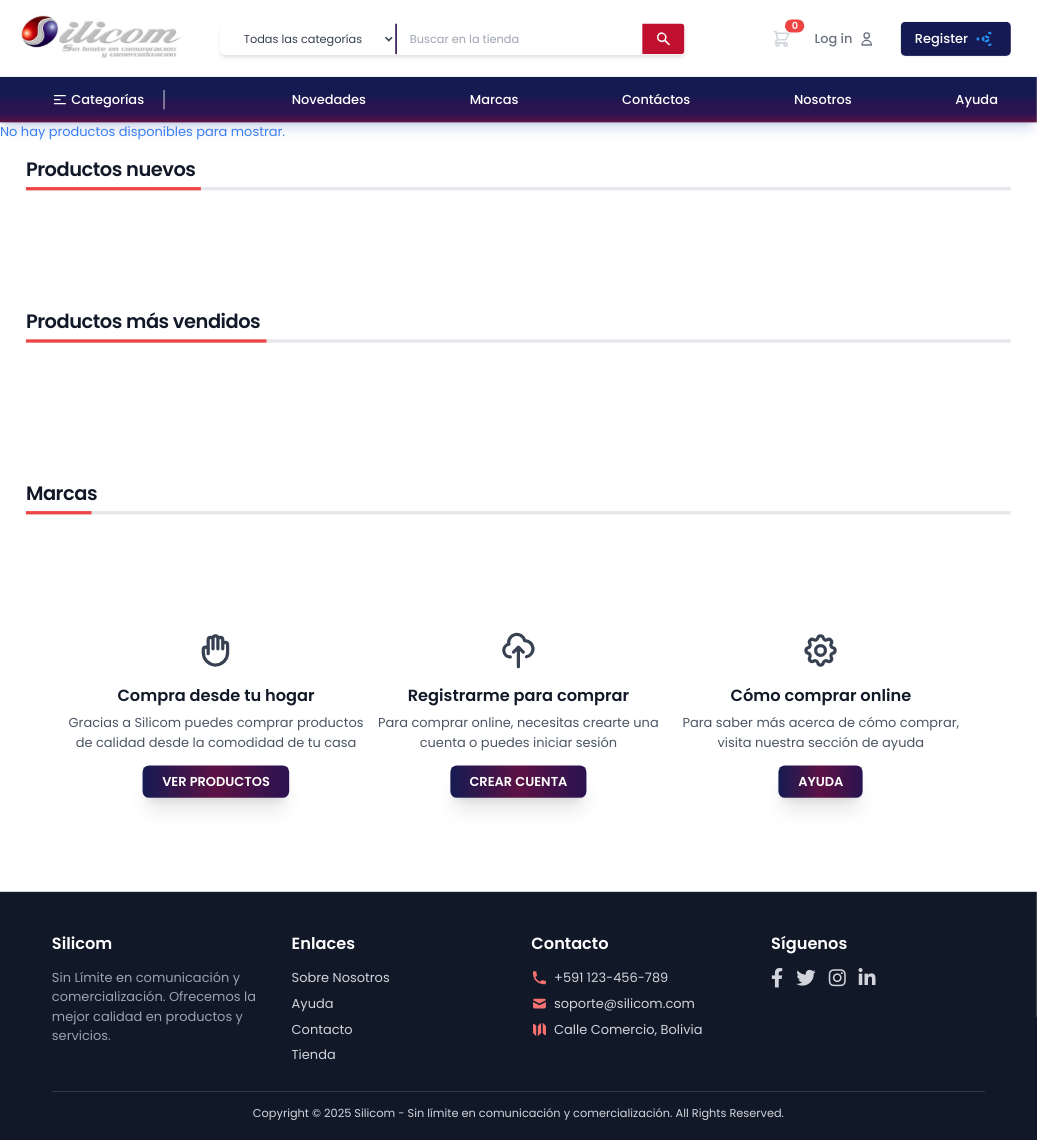
Repository: Francovg18/ecommerce
Page: /
These files come from the project's save history. The page is drawn as it stood at one moment and after the next save; the edit follows.
The browser window is 1280 px wide. The pictures show the whole page, at 81% of full size.
The page's requests for data from a server got no answer. The project was rebuilt for these pictures with package versions that can differ from the ones it lists, and the page was loaded fresh each time. No one was signed in, and anything a server would have sent is missing. Also part of the build but not shown: src/containers/errors/Error404.jsx, src/containers/auth/Signup.js, src/containers/auth/Login.js, src/containers/auth/Activate.js, src/containers/auth/ResetPassword.js, src/containers/auth/ResetPasswordConfirm.js, src/components/product/ProductCard.js, src/helpers/fixedPrices.js and 34 more.

Above is the page before, as saved 2025-01-29 20:49:09.

After the next save:
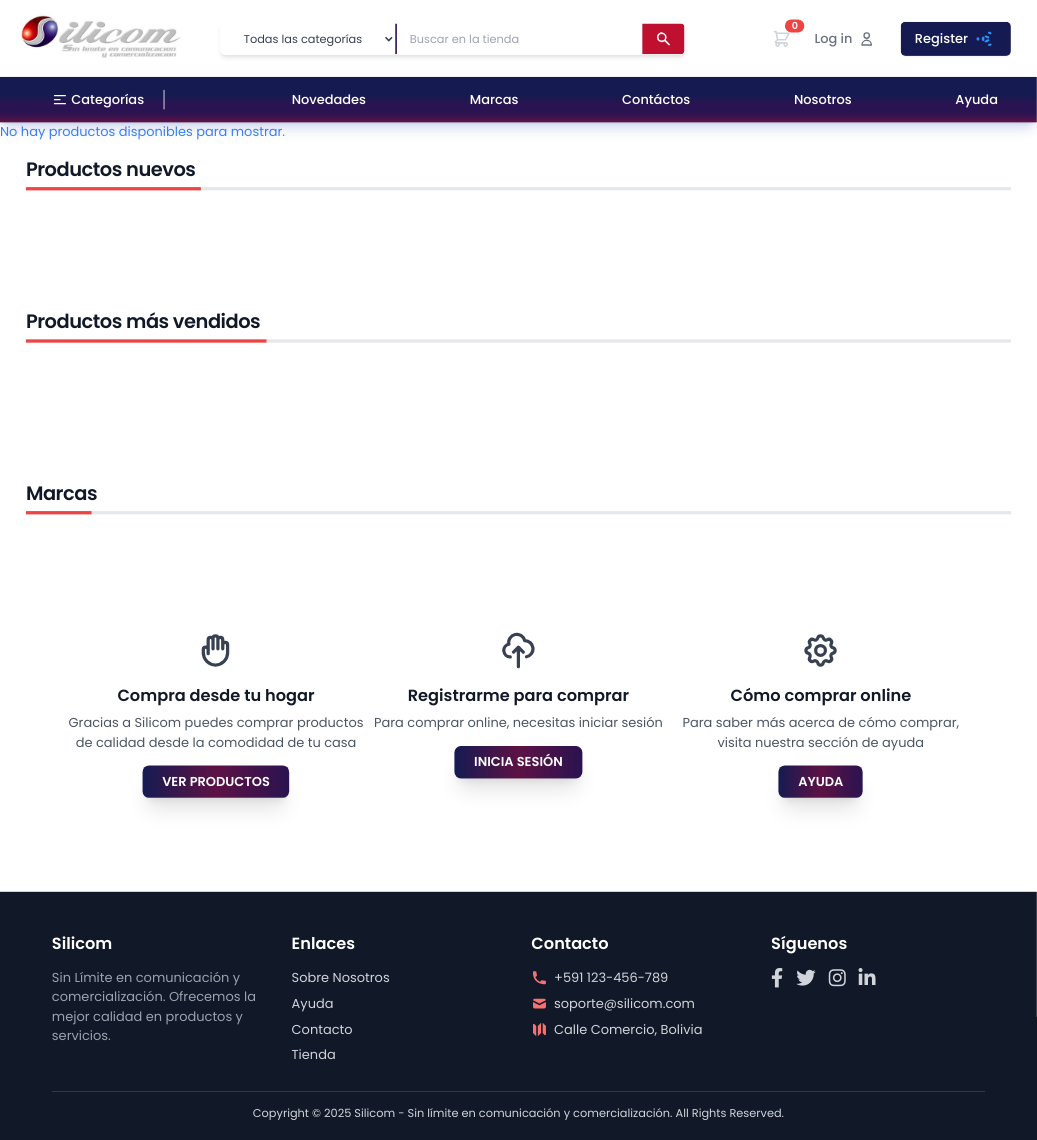
Saved 78 min 57 s later.
--- a/src/components/home/Product.js
+++ b/src/components/home/Product.js
@@ -37,10 +37,10 @@ function Product() {
           Registrarme para comprar
         </h3>
         <p className="text-gray-600 mt-2">
-          Para comprar online, necesitas crearte una cuenta o puedes iniciar sesión
+          Para comprar online, necesitas iniciar sesión
         </p>
         <button className="mt-4 px-6 py-2 border-1 border-transparent bg-gradient-to-r from-midnight-blue via-royal-purple to-purple-night text-white font-semibold rounded-lg shadow-xl hover:scale-105 hover:shadow-2xl hover:border-crimson-red transition-all duration-300 ease-in-out transform hover:bg-gradient-to-r hover:from-crimson-red hover:to-deep-rose focus:outline-none focus:ring-4 focus:ring-crimson-red focus:ring-opacity-50">
-          <Link to="/signup">CREAR CUENTA</Link>
+          <Link to="/signup">INICIA SESIÓN</Link>
         </button>
       </div>
 
